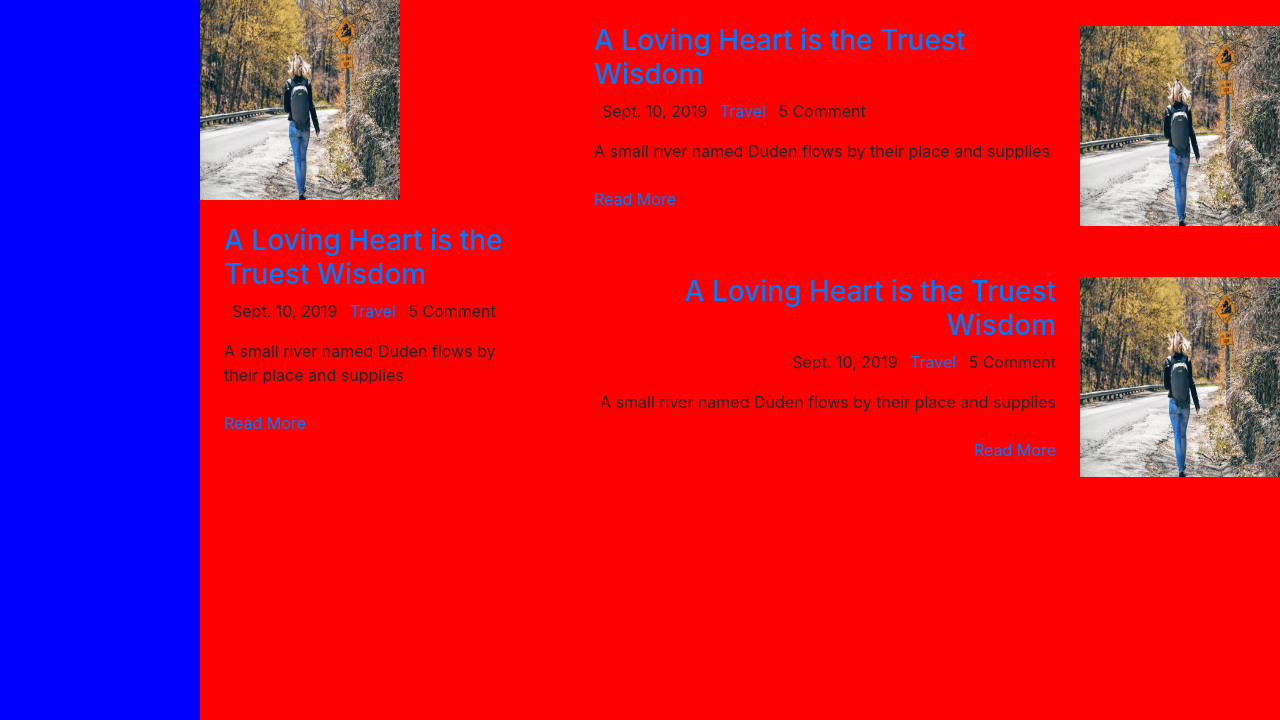
Repository: tts2610/GoogleNews
Page: index.html
The author's editor kept a copy of each file at every save. The page is drawn from the files as they stood at one save, then again after the next save.
The browser window is 1280 px wide. The pictures show the whole page.
The page's requests for data from a server got no answer.

Above is the page before, as saved 2020-05-20 13:42:22.

After the next save:
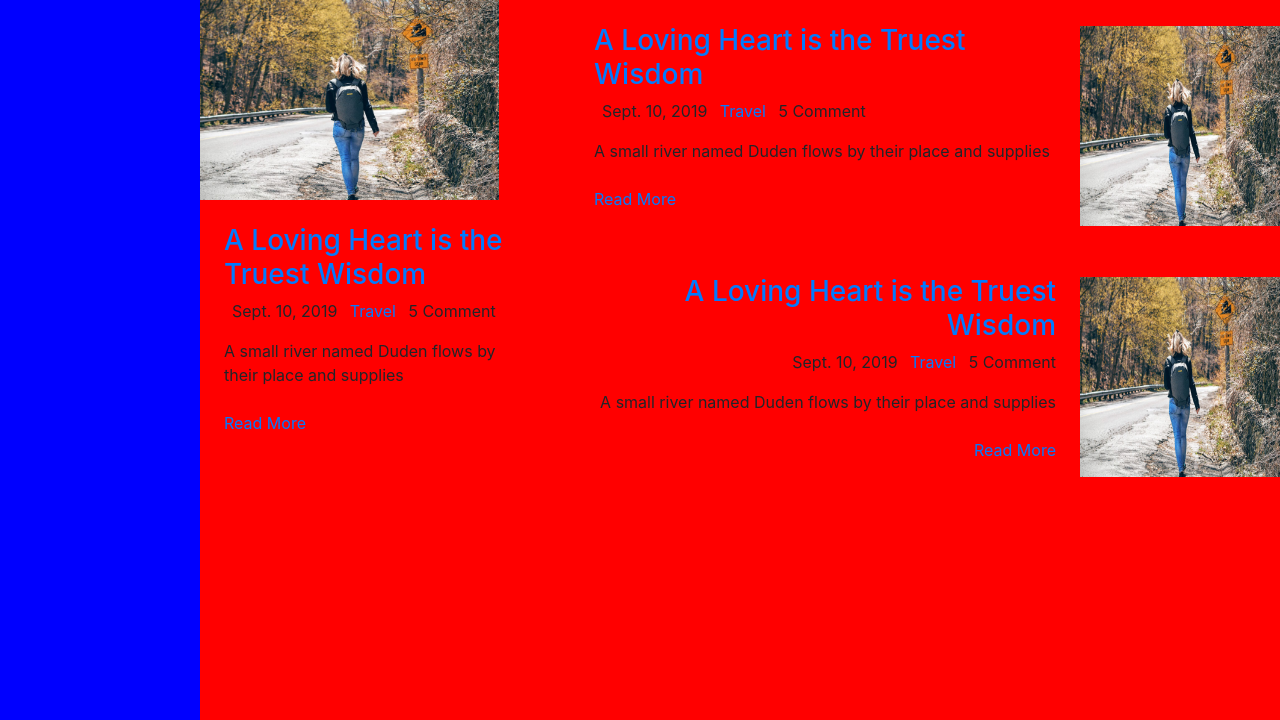
Saved 35 s later.
--- a/index.html
+++ b/index.html
@@ -25,8 +25,8 @@
             <div class="row">
                 <div class="col-4 d-flex">
                     <div class="blog-entry">
-                        <div id="news-left-img">
-                            <img src="img/image_8.jpg" width="200" height="200">
+                        <div>
+                            <img id="news-left-img" src="img/image_8.jpg" width="200" height="200">
                         </div>
 
 
